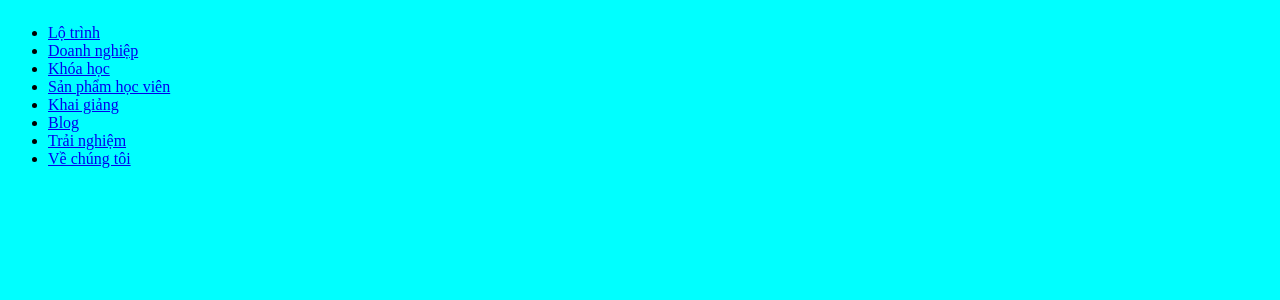
Repository: khanhnahk306/khanhnahk.github.io
Page: flexbox/html/megamenu.html
These files come from the project's save history. The page is drawn as it stood at one moment and after the next save; the edit follows.
The browser window is 1280 px wide. The pictures show the whole page.

Above is the page before, as saved 2022-01-28 10:40:34.

### flexbox/html/megamenu.html
<!DOCTYPE html>
<html lang="en">
<head>
    <meta charset="UTF-8">
    <meta http-equiv="X-UA-Compatible" content="IE=edge">
    <meta name="viewport" content="width=device-width, initial-scale=1.0">
    <link rel="stylesheet" href="../css/megamenu.css">
    <title>Menu đa cấp</title>
</head>
<body>
    <!-- <h1>Menu đa cấp</h1> -->
    <div class="megamenu">
        <ul class="nav">
            <li>
                <a href="#">Lộ trình</a>
            </li>
            <li>
                <a href="#">Doanh nghiệp</a>
            </li>
            <li>
                <a href="#">Khóa học</a>
            </li>
            <li>
                <a href="#">Sản phẩm học viên</a>
            </li>
            <li>
                <a href="#">Khai giảng</a>
            </li>
            <li>
                <a href="#">Blog</a>
            </li>
            <li>
                <a href="#">Trải nghiệm</a>
            </li>
            <li>
                <a href="#">Về chúng tôi</a>
            </li>
        </ul>
    </div>
</body>
</html>

### flexbox/css/megamenu.css
*{
    box-sizing: border-box;
}
body{
    background-color: aqua;
}
.megamenu {
    display: flex;
    list-style-type: none;
}

After the next save:
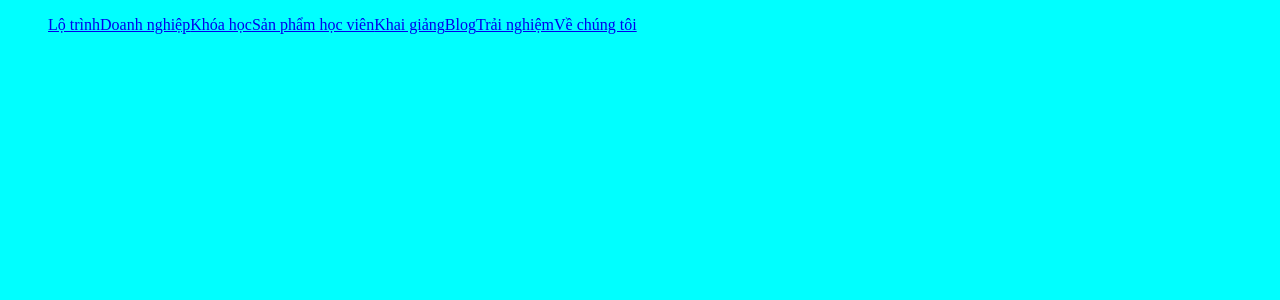
Saved 28 s later.
--- a/flexbox/css/megamenu.css
+++ b/flexbox/css/megamenu.css
@@ -4,7 +4,7 @@
 body{
     background-color: aqua;
 }
-.megamenu {
+.nav {
     display: flex;
     list-style-type: none;
 }
